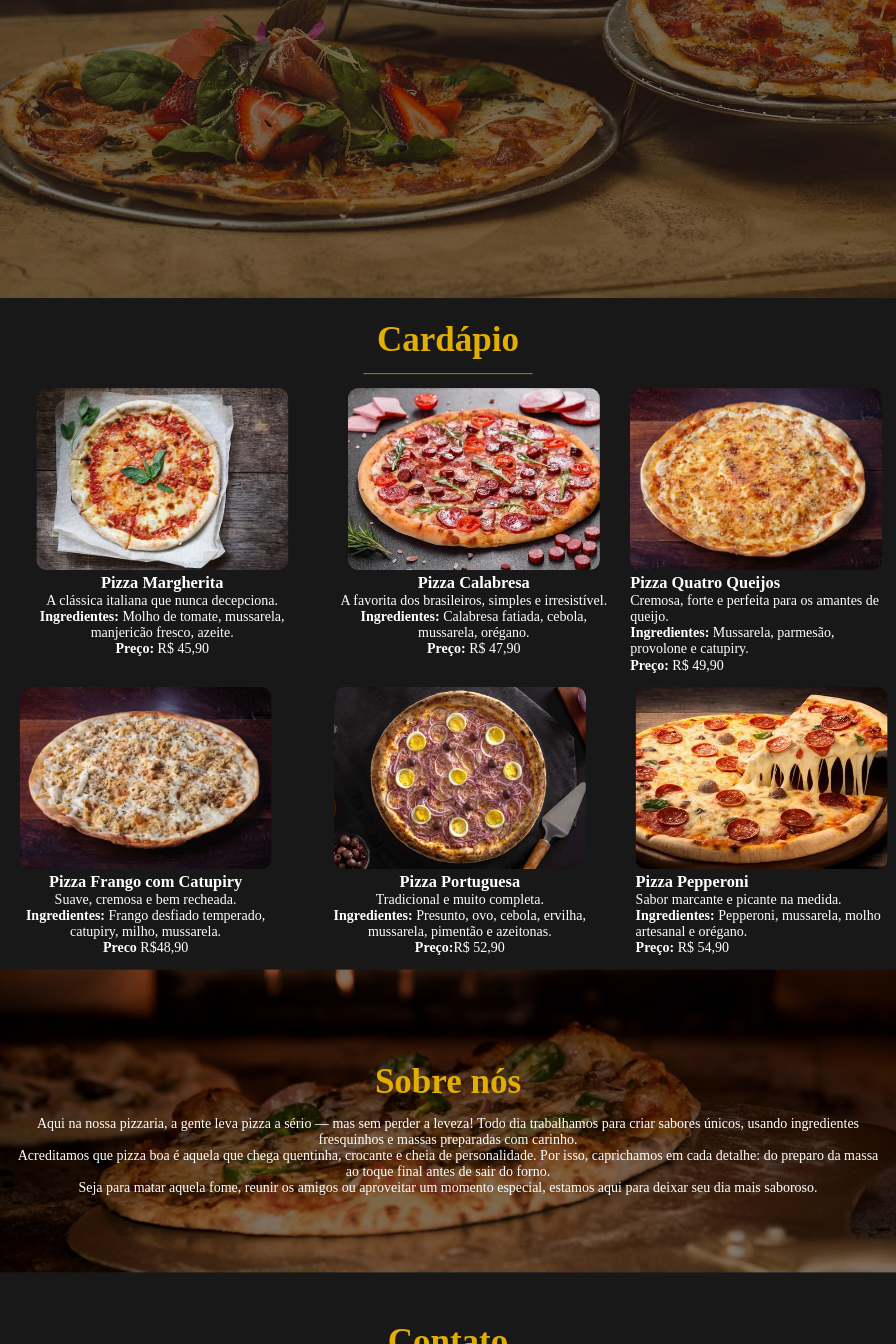
Repository: Mateushlp/landing-page-pizza
Page: index.html
These files come from the project's save history. The page is drawn as it stood at one moment and after the next save; the edit follows.
The browser window is 1280 px wide. The pictures show the part of the page from y = 558 to 2478 px (the page is 2958 px tall), at 70% of full size.

Above is the page before, as saved 2026-05-03 11:41:04.

### index.html
<!DOCTYPE html>
<html lang="en">
<head>
    <meta charset="UTF-8">
    <meta name="viewport" content="width=device-width, initial-scale=1.0">
    <link rel="stylesheet" href="style.css">
    <title>Document</title>
</head>
<body>
    <header>
        <nav>
            <ul>
                <li> <a href="http://"> Home</li></a>
                <li> <a href="http://">Cardapio</li></a>
                <li> <a href="http://">Sobre Nos</li></a>
                <li> <a href="http://">Contato</li></a>
            </ul>
        </nav>
    </header>

    <section class="inicio">
        <div class="texto">
        <h1>Bem vindo à Alessio's</h1>
        <p>Saborosas pizzas feitas </p>
        <button class="btn1">Ver Cardapio</button>
        </div>
    </section>

    <section class="cardapio">
        <h2 class="cardapio1">Cardápio</h2>
    </section>

    <div class="prato">
        <div class="pratos1">
            <img src="./img/margherita-pizza.jpg" alt="">
            <h3>Pizza Margherita</h3>
            <p> A clássica italiana que nunca decepciona. <br>
          <strong>Ingredientes:</strong>  Molho de tomate, mussarela, manjericão fresco, azeite. <br>
        <strong>Preço:</strong> R$ 45,90
    </p>
        </div>
            <div class="pratos2">
                <img src="./img/3140217-pizza-calabresa.jpg" alt="">
                <h3>Pizza Calabresa</h3>
                <p>A favorita dos brasileiros, simples e irresistível. <br>
                <strong>Ingredientes:</strong> Calabresa fatiada, cebola, mussarela, orégano. <br>
                    <strong>Preço:</strong> R$ 47,90
            </p>
            </div>
                <div class="pratos3">
                    <img src="./img/Quatro-Queijos.jpg" alt="">
                    <h3>Pizza Quatro Queijos</h3>
                    <p>Cremosa, forte e perfeita para os amantes de queijo. <br>
                    <strong>Ingredientes:</strong>  Mussarela, parmesão, provolone e catupiry. <br>
                        <strong>Preço: </strong>R$ 49,90
                </p>
                </div>
                </div>

                <div class="prato2">
                <div class="pratos1">
                    <img src="./img/Frango-com-Catupiry-2.jpg" alt="">
                    <h3>Pizza Frango com Catupiry</h3>
                    <p>Suave, cremosa e bem recheada. <br>
                   <strong>Ingredientes:</strong> Frango desfiado temperado, catupiry, milho, mussarela. <br>
                   <strong>Preco </strong> R$48,90
                </p>
                </div>
                <div class="pratos2">
                    <img src="./img/pizza-portuguesa.jpg" alt="">
                    <h3>Pizza Portuguesa</h3>
                    <p>Tradicional e muito completa. <br>
                   <strong>Ingredientes:</strong>  Presunto, ovo, cebola, ervilha, mussarela, pimentão e azeitonas. <br>
                    <strong>Preço:</strong>R$ 52,90
                </p>
                </div>
                <div class="pratos3">
                    <img src="./img/the-pepperoni-pizza-and-a-piece-of-streched-cheese-pizza-with-ai-generated-free-photo.jpg" alt="">
                    <h3>Pizza Pepperoni</h3>
                    <p>Sabor marcante e picante na medida. <br>
                  <strong>Ingredientes:</strong>   Pepperoni, mussarela, molho artesanal e orégano. <br>
                <strong>Preço:</strong> R$ 54,90</p>

                </div>
                </div>
                </div>




    <section class="sobre">
        <div class="sobre1">
        <h2>Sobre nós</h2>
        <p>Aqui na nossa pizzaria, a gente leva pizza a sério — mas sem perder a leveza!
        Todo dia trabalhamos para criar sabores únicos, usando ingredientes fresquinhos e massas preparadas com carinho. <br>

        Acreditamos que pizza boa é aquela que chega quentinha, crocante e cheia de personalidade. Por isso, caprichamos em cada
        detalhe: do preparo da massa ao toque final antes de sair do forno. <br>

        Seja para matar aquela fome, reunir os amigos ou aproveitar um momento especial, estamos aqui para deixar seu dia mais
        saboroso.</p>
    </div>
    </section>

<section id="contato" class="contato">
    <h2>Contato</h2>

    <div class="contato-info">
        <div class="box">
            <h3>Telefone</h3>
            <p>(35) 99744-0140</p>
        </div>

        <div class="box">
            <h3>Endereço</h3>
            <p>Rua Tal Tal, Nº 123 , Centro , Lavras/MG</p>
        </div>

        <div class="box">
            <h3>Email</h3>
            <p>mateus@gmail.com</p>
        </div>
            <div class="box">
                <h3>Hórario de Funcionamento</h3>
                <p>Segunda a Sábado 11h00 às 23h00 - Domingo: 16h00 às 23H00</p>
            </div>
    </div>
</section>
        <div class="pedir">
        <button class="btn2">Peca Agora Mesmo!</button>
        </div>


    <footer>
        <h3>&copy; 2025 Alessio's Pizzaria</h3>
    </footer>

</body>
</html>

### style.css
*{
    margin:0;
    padding: 0;
    box-sizing: border-box;
}
body{
    background-color: #181818;
      overflow-x: hidden;

}

nav ul {
    display: flex;
    gap: 25px;
    list-style: none;
    justify-content: center;
    font-size: 25px;
    padding: 10px;
     background: linear-gradient(to bottom, rgb(00, 0, 0), rgba(0,0,0,0.9));
}

nav ul a{
    text-decoration: none;
    color: #fff;
    margin-top: 10px;
}

nav ul a:hover{
    border-radius: 20px;
    background-color: #00000;
    color: #af8600;
}

.inicio{
     background:
        linear-gradient(rgba(0,0,0,0.5), rgba(0,0,0,0.5)),
        url(./img/background-meio.jpg);
    background-size: cover;
    background-position: center;
    height: 130vh;
}

.texto{
    display: flex;
    flex-direction: column;
    align-items: center;
    color: #fff;
    padding-top: 7%;
    padding-left: 6%;
    font-size: 40px;
}
.texto p{
    font-family: 'Lucida Sans', 'Lucida Sans Regular', 'Lucida Grande', 'Lucida Sans Unicode', Geneva, Verdana, sans-serif;
    font-size: 30px;

}
.btn1{
 background-color: #e2ae01;
 border-radius: 20px;
 font-size: 20px;
 margin-top: 30px;
 padding: 9px;
 cursor:pointer;
}
.btn1:hover{
background-color:#181818;
color: #e2ae01;
}
.cardapio{
    text-align: center;
    padding: 10px;
    font-size: 40px;
    color:#fff;
}
.cardapio1{
    display: inline-block;
    border-bottom: 1px solid #e2ae01;
    padding-top: 20px;
    padding-bottom:20px
}
.prato{
    margin: 10px;
    display: flex;
    gap: 30px;
    font-size: 20px;
    margin-bottom: 20px;
    color:#fff;
}

.prato2{
    margin: 10px;
    display: flex;
    gap: 30px;
    font-size: 20px;
    margin-bottom: 20px;
    color:#fff;
}


.prato img,
.prato2 img {
    width: 50vh;
    height: 260px;
    object-fit: cover;
    border-radius: 15px;

}
.pratos1,
.pratos2 {
    border-radius:20px
    width: 35%;
    text-align: center;
}

.sobre{
    background-image:
    linear-gradient(rgba(0,0,0,0.5), rgba(0,0,0,0.5)),
    url(./img/background.jpg);
    background-size: cover;
    background-position: center;
    height: 60vh; /* AUMENTE a altura */
    display: flex;
    flex-direction: column;
    justify-content: center; /* deixa no meio certinho */
    align-items: center;
    text-align: center;
}
}
.sobre1{
    display: flex;
    align-items: center;
    font-size: 40px;
    flex-direction: column;
    color: #fff;
}
.sobre1 ,h2{
    font-size:50px;
    color:#e2ae01;
    padding:20px
}
.sobre1 p{
    font-size: 20px;
    color:#fff;
}

.contato {
    padding: 50px 0;
    text-align: center;
    color:#fff;
}

.contato-info {
    display: flex;
    justify-content: center;
    gap: 60px;
    margin-top: 20px;
    flex-wrap: wrap;
    color:#fff;
}

.contato-info .box {

    padding: 20px 30px;
    border-radius: 15px;
    color:#fff;

}

.contato-info h3 {
    font-size: 24px;
    color: #af8600;

}

.contato-info p {
    font-size: 18px;
    color:#fff;
}

.pedir{
    display: flex;
    justify-content: center;
    align-items: center;
    text-align: center;
}
.btn2{
     background-color: #e2ae01;
 border-radius: 30px;
 font-size: 20px;
 margin-bottom: 50px;
 padding: 15px;
 cursor:pointer;

}
footer{
      background-color: #181818;
      color: #d4af37;
  text-align: center;
  padding: 15pxpx;
  font-size: 15px;

}

After the next save:
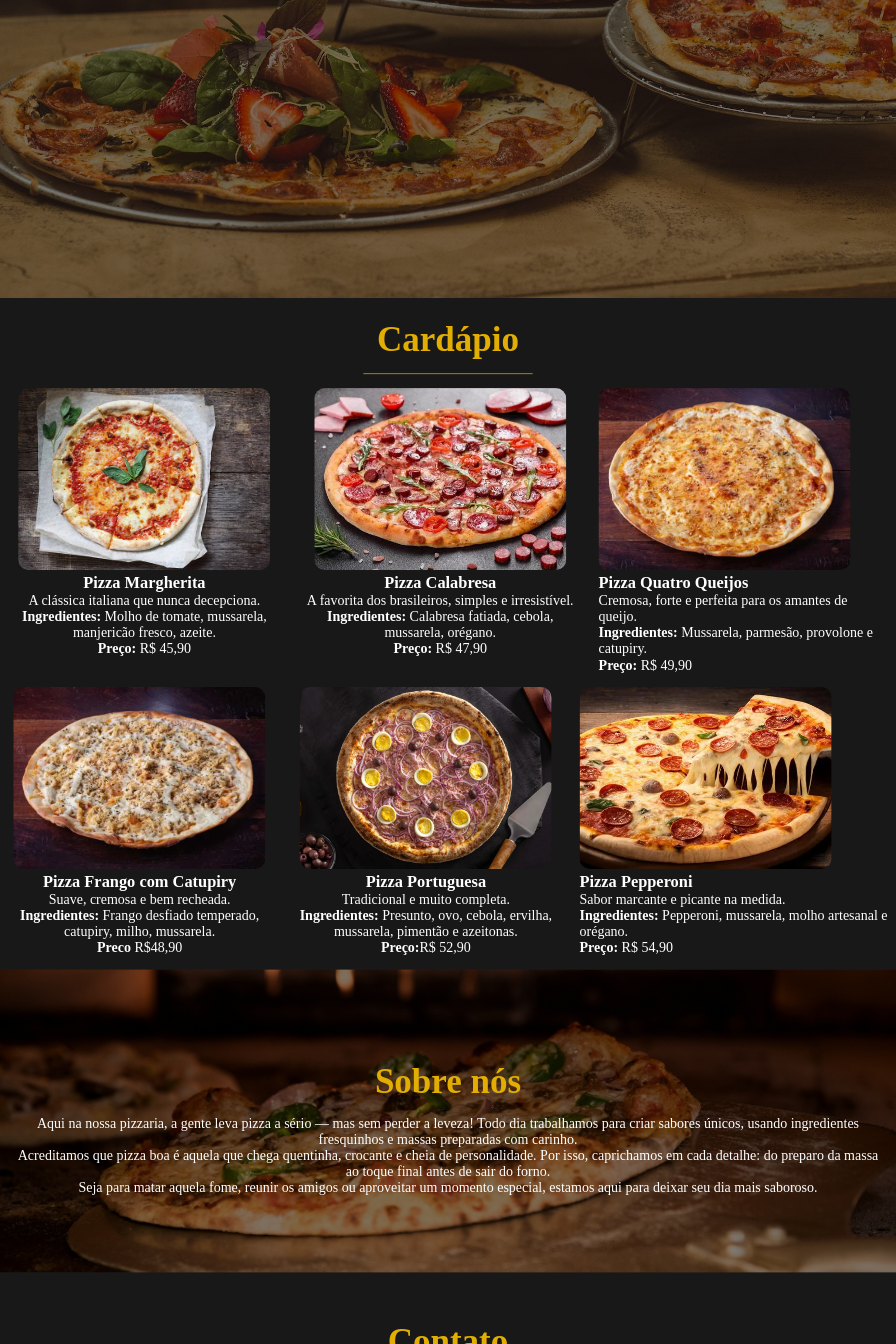
Saved 46 s later.
--- a/style.css
+++ b/style.css
@@ -107,7 +107,7 @@ color: #e2ae01;
 }
 .pratos1,
 .pratos2 {
-    border-radius:20px
+    border-radius:20px;
     width: 35%;
     text-align: center;
 }
